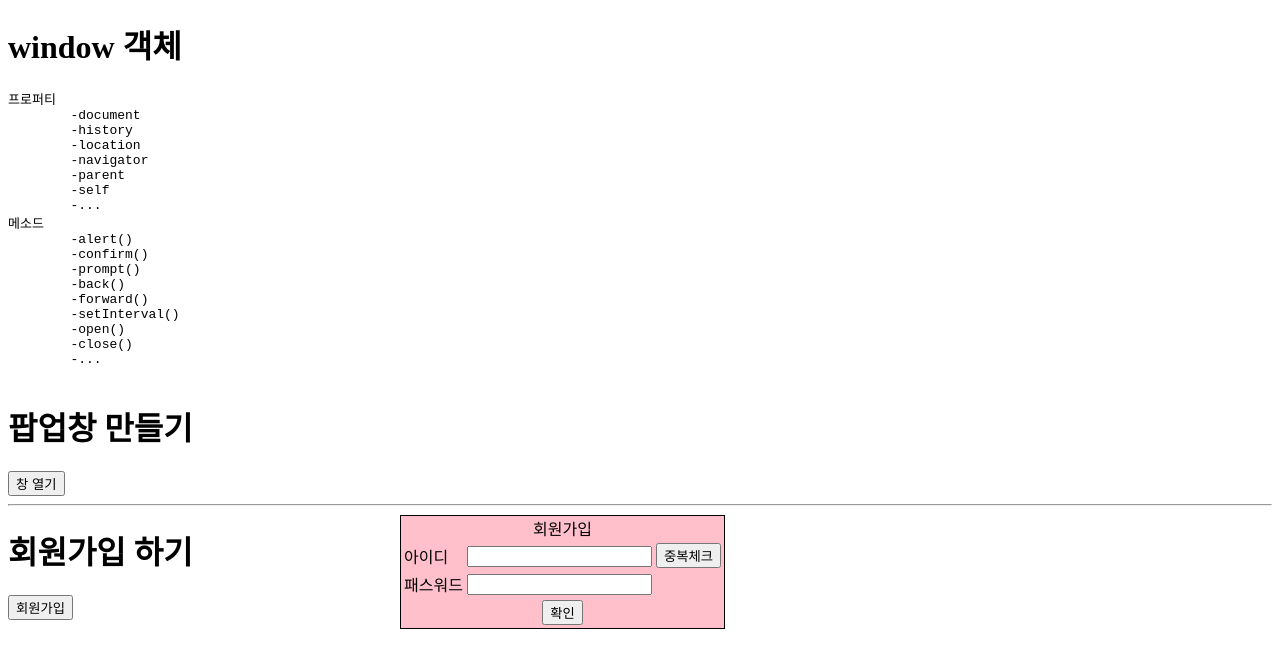
Repository: sunghyun-biblee/LearnSpace
Page: 4_UI/JS_Test/WebContent/js16_window01.html
These files come from the project's save history. The page is drawn as it stood at one moment and after a run of saves; the edit follows.
The browser window is 1280 px wide. The pictures show the whole page.
After loading, the first visible `button[onclick="registForm()"]` was clicked once.

Above is the page before, as saved 2023-10-26 04:12:41.

After the next 2 saves:
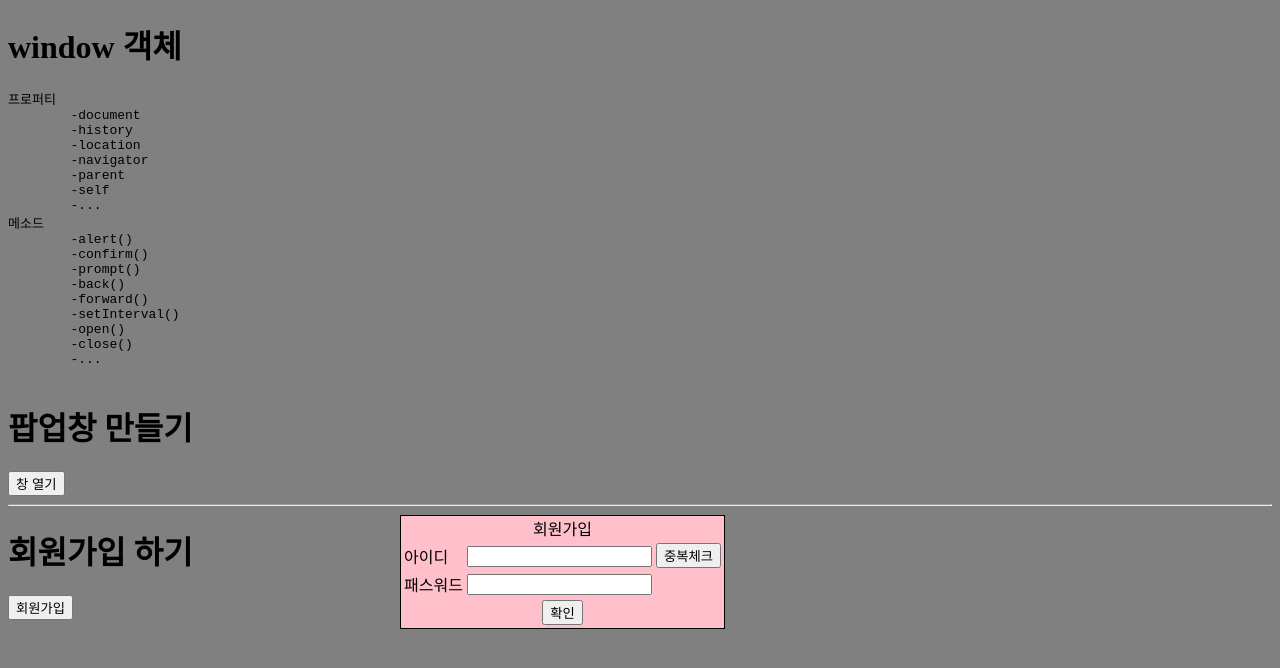
The 2 saves are shown as one change because they came seconds apart.
The last was saved 55 s later.
--- a/4_UI/JS_Test/WebContent/js16_window01.html
+++ b/4_UI/JS_Test/WebContent/js16_window01.html
@@ -17,6 +17,9 @@
 	function registForm(){
 		// 숨겨둔 회원가입 창을 보이게
 		 document.getElementById("regist").style.display="block"
+		 document.body.style.background="gray";
+
+		let btns=document.getElementsByName("btn");
 
 		// let url="js17_window03.html";
 		// let target="_blank";
